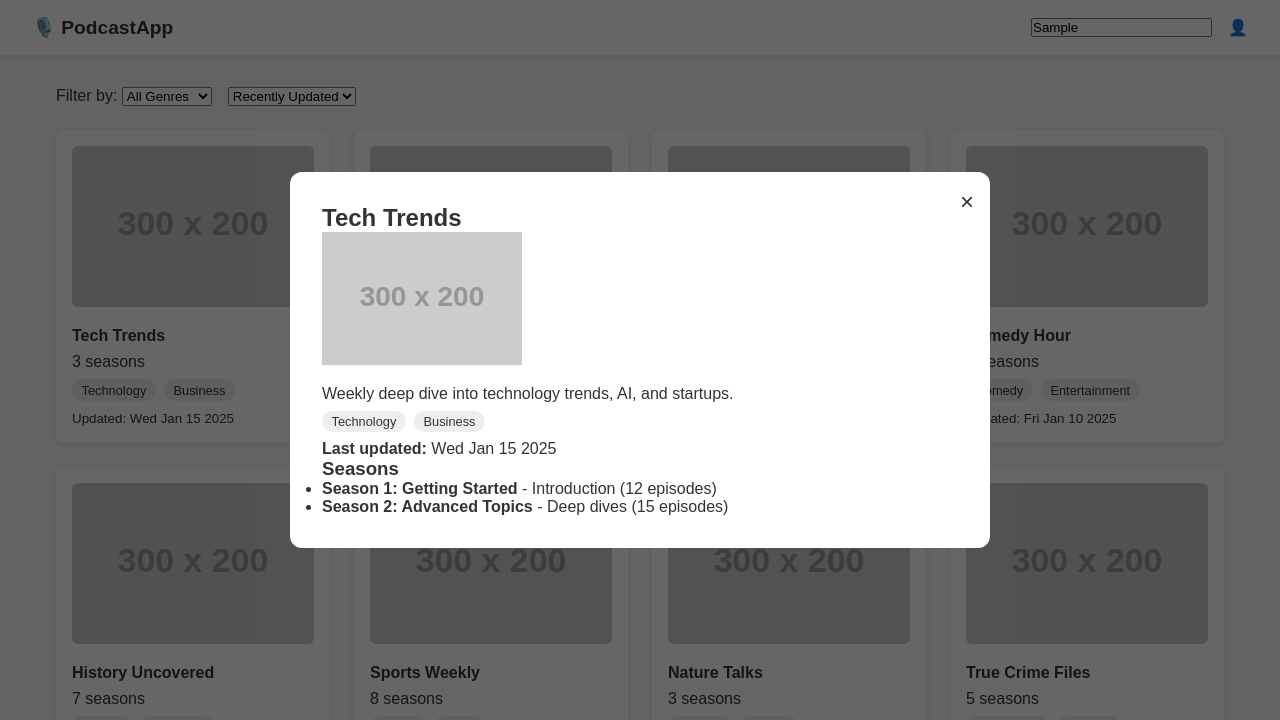
Repository: andajonas/ANDJON25111_fto2505_A_Anda-Jonas_DJS01
Page: index.html
These files come from the project's save history. The page is drawn as it stood at one moment and after the next save; the edit follows.
The browser window is 1280 px wide. The pictures show the window.
Empty fields were first filled with sample values (such as "Sample", 5 or name@example.com).
After loading, the first visible `div.card` was clicked once.
A layer covers the whole window, so only the first screen is drawn.

Above is the page before, as saved 2025-09-03 18:04:38.

After the next save:
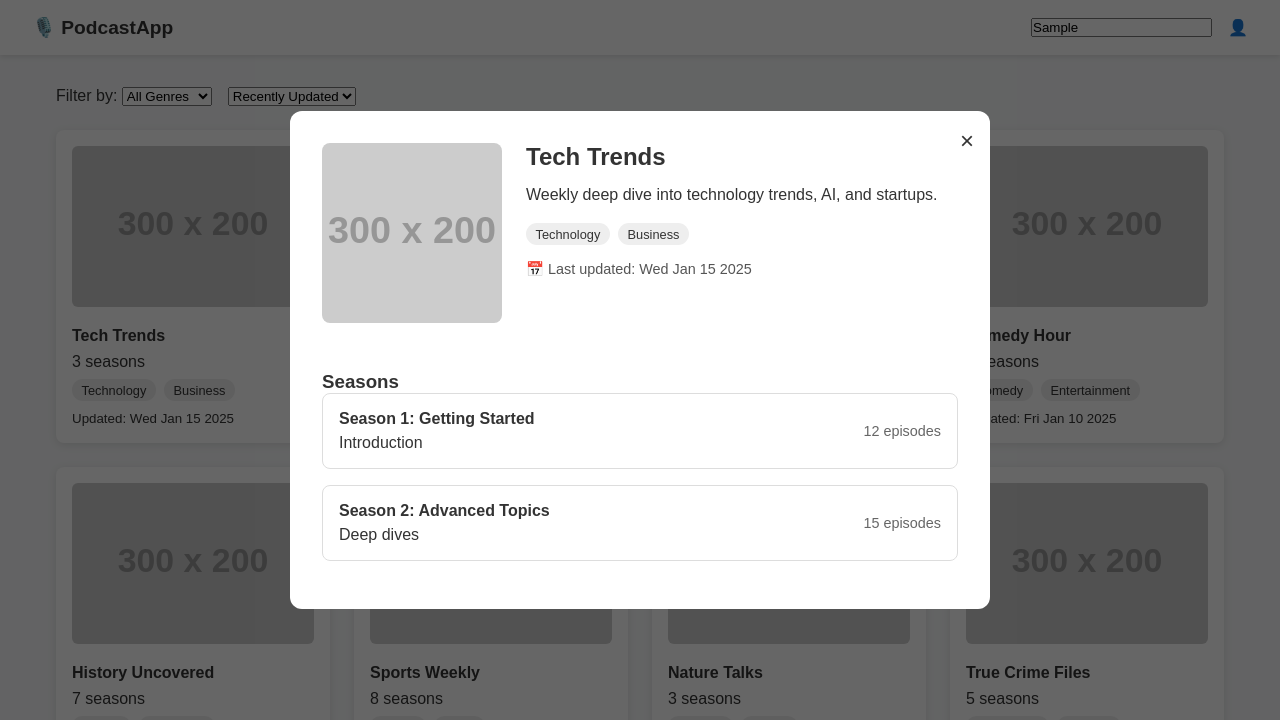
Saved 56 s later.
--- a/app.js
+++ b/app.js
@@ -123,21 +123,34 @@ const podcasts = [
     });
   }
 
-  // Open modal
   function openModal(p) {
     modal.classList.remove("hidden");
     modalBody.innerHTML = `
-      <h2>${p.title}</h2>
-      <img src="${p.cover}" alt="cover">
-      <p>${p.description}</p>
-      <div class="tags">${p.genres.map(g => `<span class="tag">${g}</span>`).join("")}</div>
-      <p><b>Last updated:</b> ${new Date(p.updated).toDateString()}</p>
-      <h3>Seasons</h3>
-      <ul>
-        ${p.seasonList.map(s => `<li><b>${s.name}</b> - ${s.desc} (${s.episodes} episodes)</li>`).join("")}
-      </ul>
+      <div class="modal-header">
+        <img src="${p.cover}" alt="cover">
+        <div class="modal-details">
+          <h2>${p.title}</h2>
+          <p>${p.description}</p>
+          <div class="tags">${p.genres.map(g => `<span class="tag">${g}</span>`).join("")}</div>
+          <div class="updated">📅 Last updated: ${new Date(p.updated).toDateString()}</div>
+        </div>
+      </div>
+
+      <div class="seasons">
+        <h3>Seasons</h3>
+        ${p.seasonList.map(s => `
+          <div class="season-item">
+            <div class="season-info">
+              <h4>${s.name}</h4>
+              <p>${s.desc}</p>
+            </div>
+            <div class="season-episodes">${s.episodes} episodes</div>
+          </div>
+        `).join("")}
+      </div>
     `;
   }
+
 
   // Close modal
   closeBtn.onclick = () => modal.classList.add("hidden");
